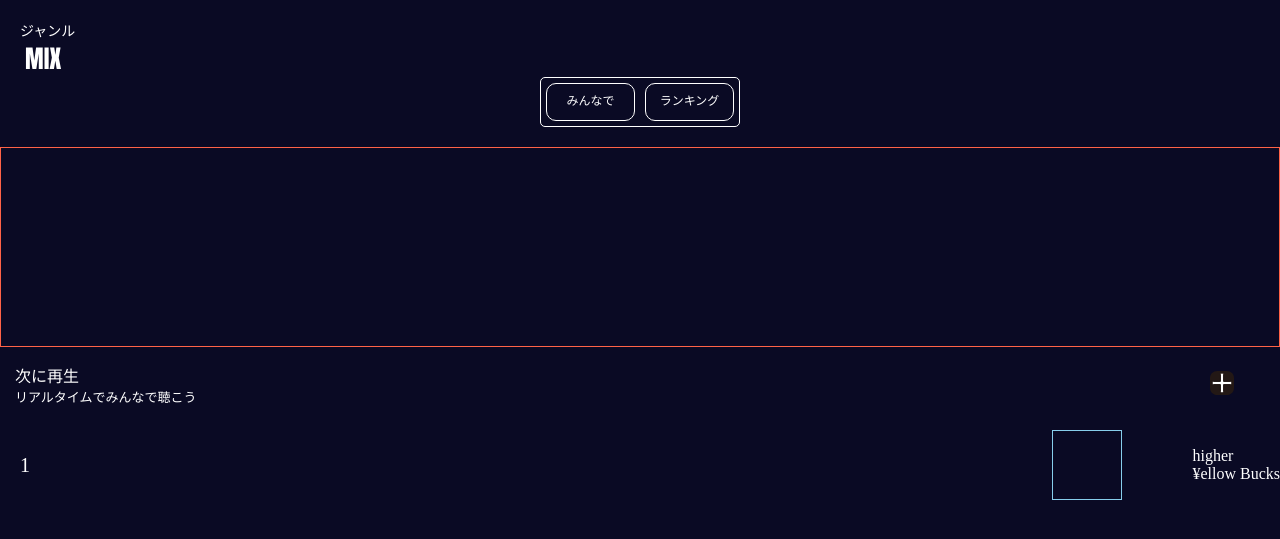
Repository: FujieRyou/2024_team
Page: /LoggedIn
The author's editor kept a copy of each file at every save. The page is drawn from the files as they stood at one save, then again after the next save.
The browser window is 1280 px wide. The pictures show the whole page.
The project was rebuilt for these pictures with package versions that can differ from the ones it lists, and the page was loaded fresh each time. The framework's server and built-in components were replaced by stand-ins that run in the browser. Also part of the build but not shown: next.config.js.

Above is the page before, as saved 2024-01-10 11:25:10.

After the next save:
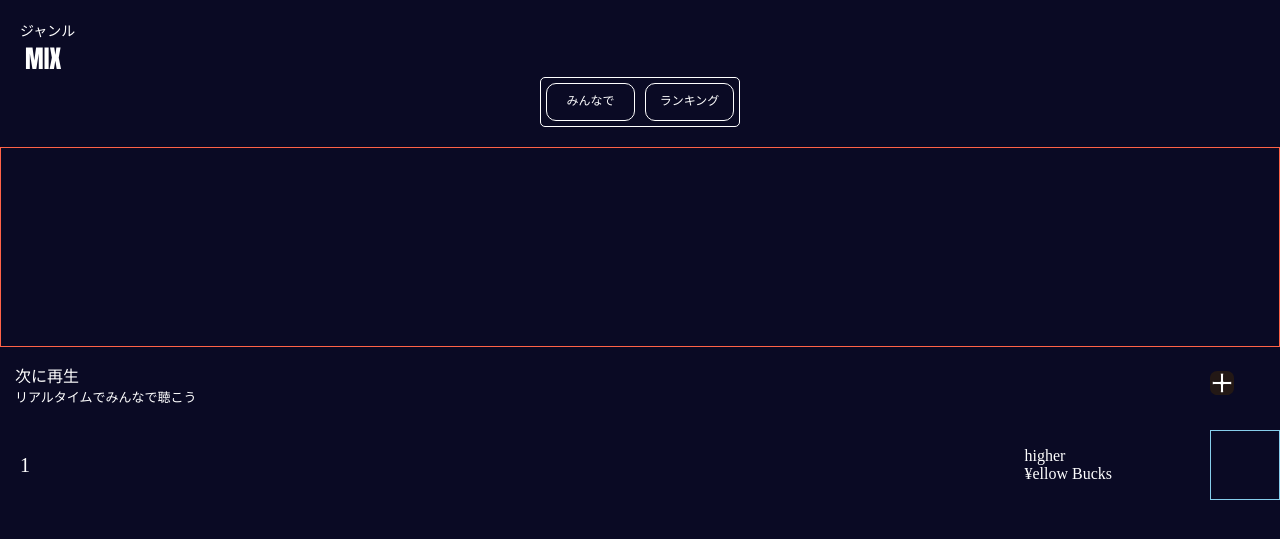
Saved 71 s later.
--- a/src/pages/LoggedIn.jsx
+++ b/src/pages/LoggedIn.jsx
@@ -28,11 +28,11 @@ function LoggedIn (){
             <div id="songContent_wrap">
                 <p className="song_num">1</p>
                 <div id="song_wrap">
+                    <div className="song_img">
+                    </div>
                     <div id="singer_wrap">
                         <p className="songtitle">higher</p>
                         <p className="singer">¥ellow Bucks</p>
-                    </div>
-                    <div className="song_img">
                     </div>
                 </div>
             </div>

After the save that followed:
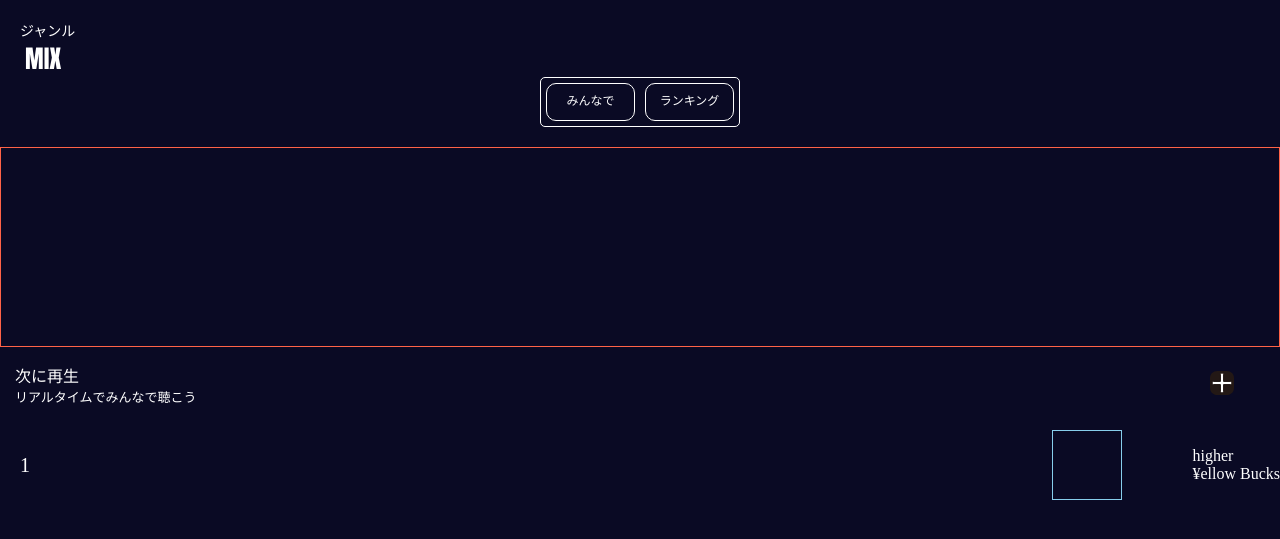
Saved 19 s later.
--- a/src/styles/index.css
+++ b/src/styles/index.css
@@ -310,7 +310,6 @@ h2{
 
 #song_wrap{
     display: flex;
-    flex-direction: row-reverse;
     gap: 70px;
     justify-content: center;
     align-items: center;
